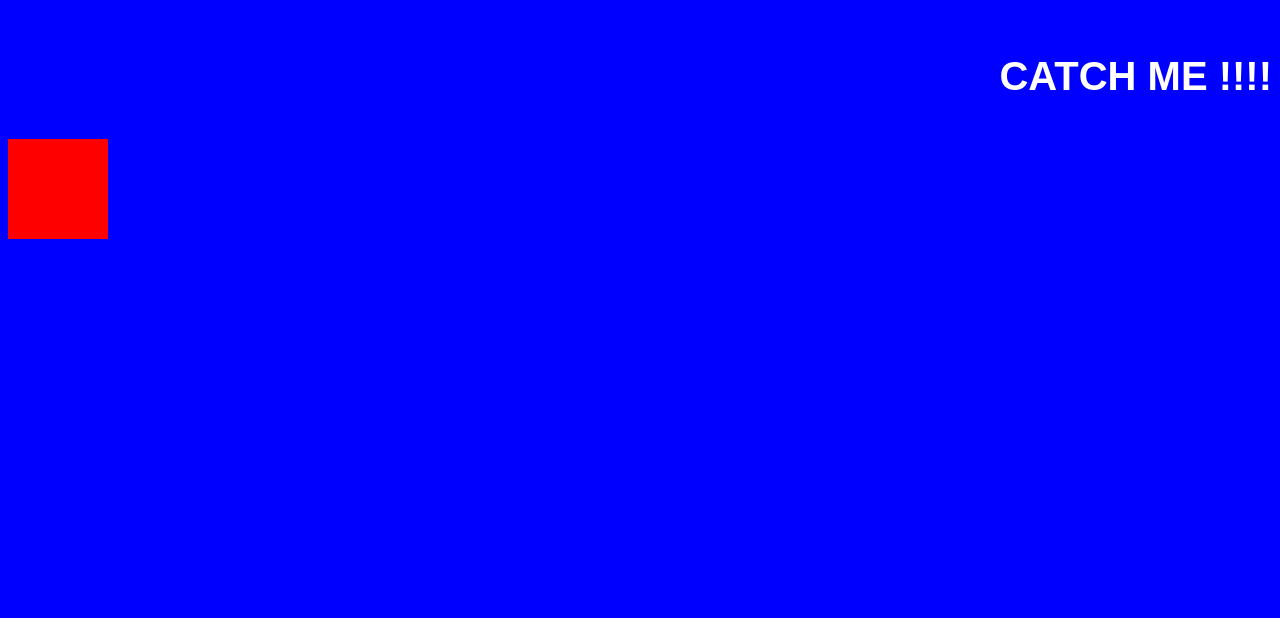
Repository: mong3270/mong3270.github.io
Page: Jenny.html
The author's editor kept a record of every edit. The page is drawn from the files as they stood at one moment, then again after the next edit.
The browser window is 1280 px wide. The pictures show the whole page.

Above is the page before.

After the next edit:
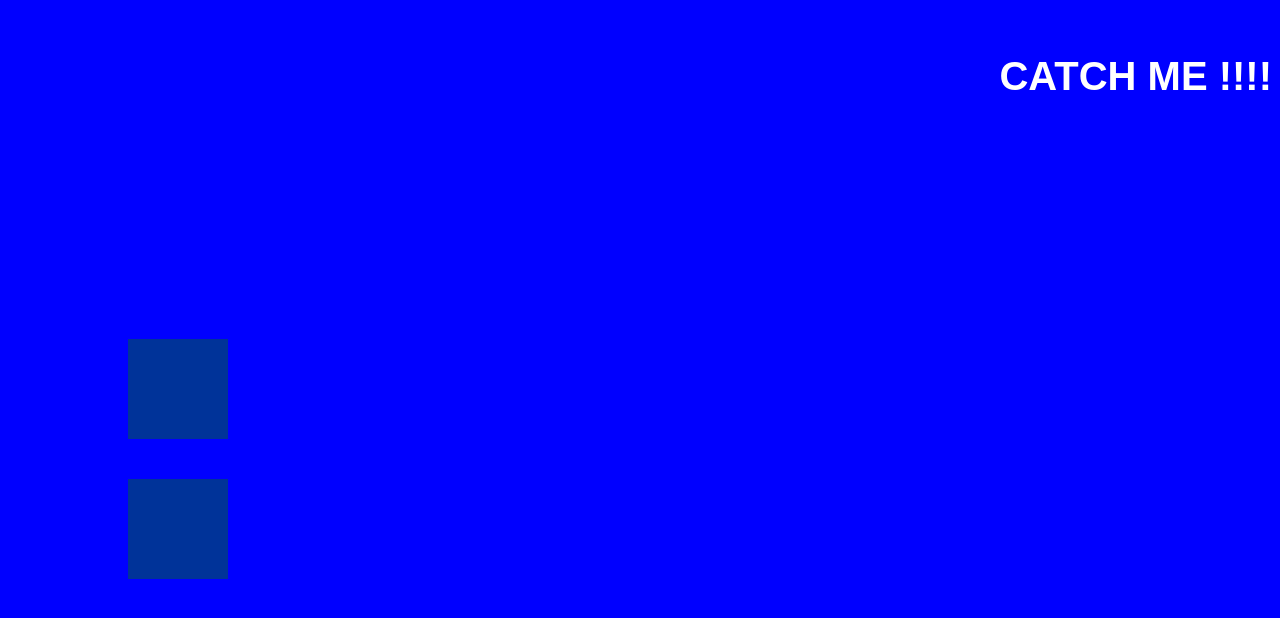
The edit:
--- a/Jenny.html
+++ b/Jenny.html
@@ -43,3 +43,57 @@
 
 </body>
 </html>
+<!DOCTYPE html>
+<html>
+<head>
+<style>
+div {
+    width: 100px;
+    height: 100px;
+    background: red;
+    position: relative;
+    /* Chrome, Safari, Opera */
+    -webkit-animation-name: myfirst;
+    -webkit-animation-duration: 5s;
+    -webkit-animation-timing-function: linear;
+    -webkit-animation-delay: 2s;
+    -webkit-animation-iteration-count: infinite;
+    -webkit-animation-direction: alternate;
+    -webkit-animation-play-state: running;
+    /* Standard syntax */
+    animation-name: myfirst;
+    animation-duration: 5s;
+    animation-timing-function: linear;
+    animation-delay: 2s;
+    animation-iteration-count: infinite;
+    animation-direction: alternate;
+    animation-play-state: running;
+}
+
+/* Chrome, Safari, Opera */
+@-webkit-keyframes myfirst {
+    0%   {background:red; left:0px; top:0px;}
+    25%  {background:yellow; left:200px; top:0px;}
+    50%  {background:blue; left:200px; top:200px;}
+    75%  {background:green; left:0px; top:200px;}
+    100% {background:red; left:0px; top:0px;}
+}
+
+/* Standard syntax */
+@keyframes myfirst {
+    0%   {background:red; left:0px; top:0px;}
+    25%  {background:yellow; left:200px; top:0px;}
+    50%  {background:blue; left:200px; top:200px;}
+    75%  {background:green; left:0px; top:200px;}
+    100% {background:red; left:0px; top:0px;}
+}
+</style>
+</head>
+<body>
+
+<p><b></b></p>
+
+<div></div>
+
+</body>
+</html>
